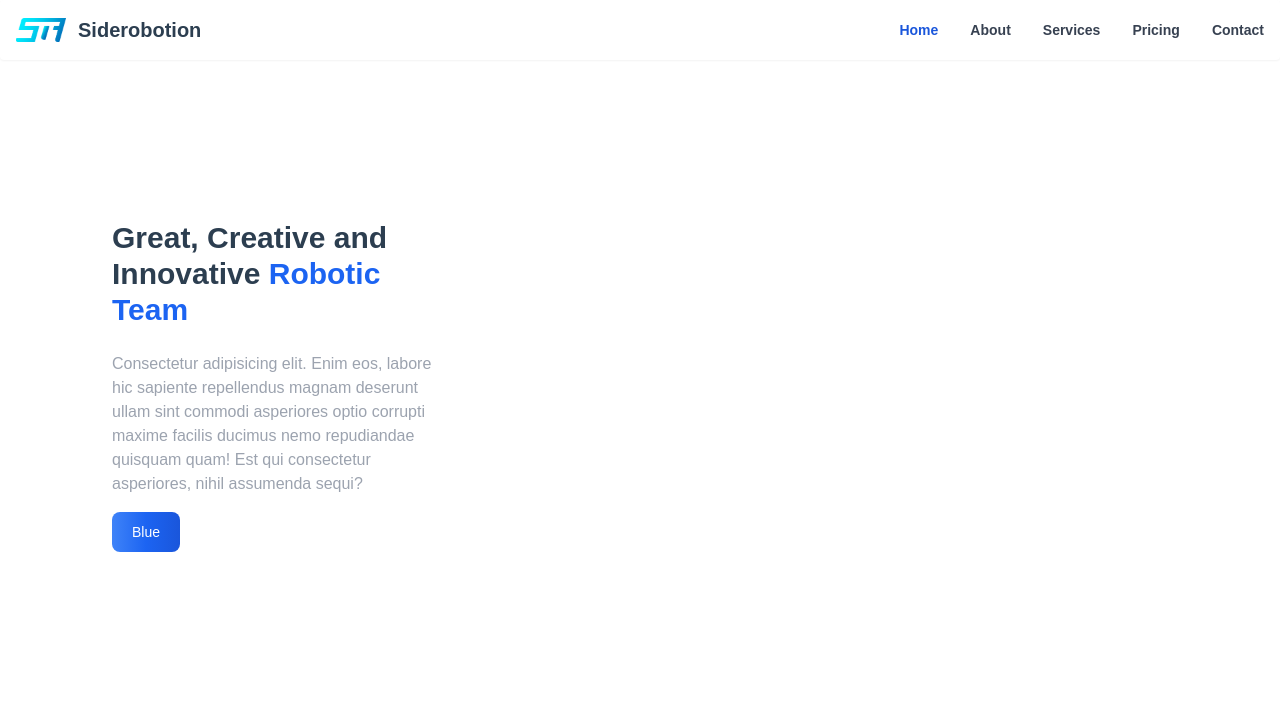
Repository: khulqu15/siderobotion
Page: /
These files come from the project's save history. The page is drawn as it stood at one moment and after the next save; the edit follows.
The browser window is 1280 px wide. The pictures show the whole page.
The project was rebuilt for these pictures with package versions that can differ from the ones it lists, and the page was loaded fresh each time. Also part of the build but not shown: vue.config.js.

Above is the page before, as saved 2022-06-12 02:13:24.

After the next save:
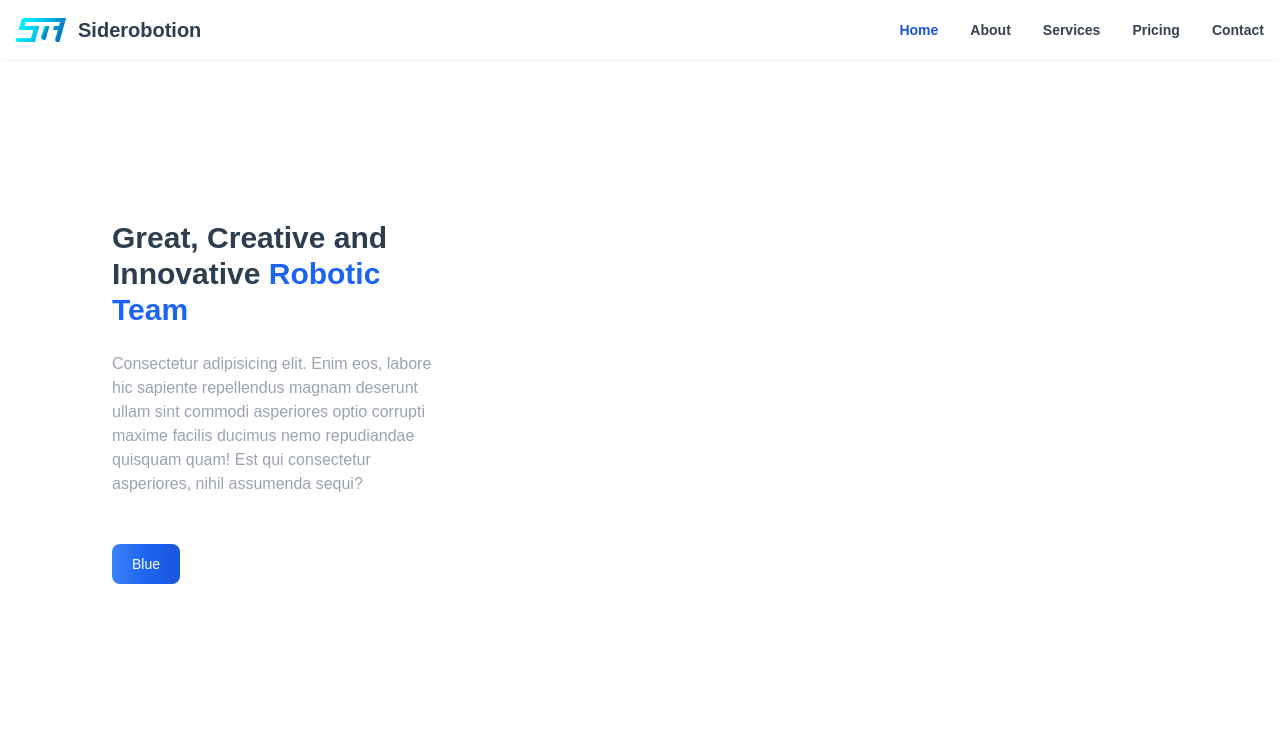
Saved 4 s later.
--- a/src/views/HomeView.vue
+++ b/src/views/HomeView.vue
@@ -4,7 +4,7 @@
     <div class="px-28 py-12 grid grid-cols-3 gap-4">
       <div class="py-28 text-start">
         <h1 class="text-3xl font-semibold">Great, Creative and Innovative <span class="text-blue-600">Robotic Team</span> </h1>
-        <p class="text-gray-400 mt-6 mb-4">Consectetur adipisicing elit. Enim eos, labore hic sapiente repellendus magnam deserunt ullam sint commodi asperiores optio corrupti maxime facilis ducimus nemo repudiandae quisquam quam! Est qui consectetur asperiores, nihil assumenda sequi?</p>
+        <p class="text-gray-400 mt-6 mb-12">Consectetur adipisicing elit. Enim eos, labore hic sapiente repellendus magnam deserunt ullam sint commodi asperiores optio corrupti maxime facilis ducimus nemo repudiandae quisquam quam! Est qui consectetur asperiores, nihil assumenda sequi?</p>
         <button type="button" class="text-white bg-gradient-to-r from-blue-500 via-blue-600 to-blue-700 hover:bg-gradient-to-br focus:ring-4 focus:outline-none focus:ring-blue-300 dark:focus:ring-blue-800 font-medium rounded-lg text-sm px-5 py-2.5 text-center mr-2 mb-2">Blue</button>
       </div>
     </div>
